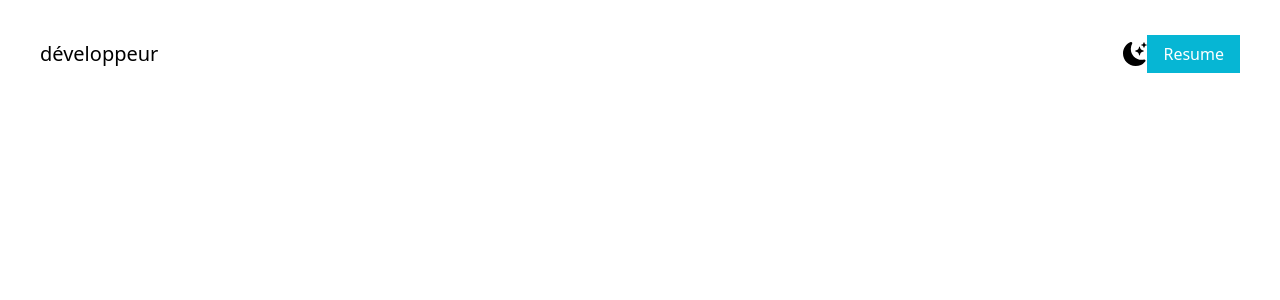
Repository: Jean-MarcG/portfoli_next
Page: /
These files come from the project's save history. The page is drawn as it stood at one moment and after the next save; the edit follows.
The browser window is 1280 px wide. The pictures show the whole page.
The project was rebuilt for these pictures with package versions that can differ from the ones it lists, and the page was loaded fresh each time. The framework's server and built-in components were replaced by stand-ins that run in the browser. Also part of the build but not shown: next.config.js.

Above is the page before, as saved 2023-04-01 17:15:09.

After the next save:
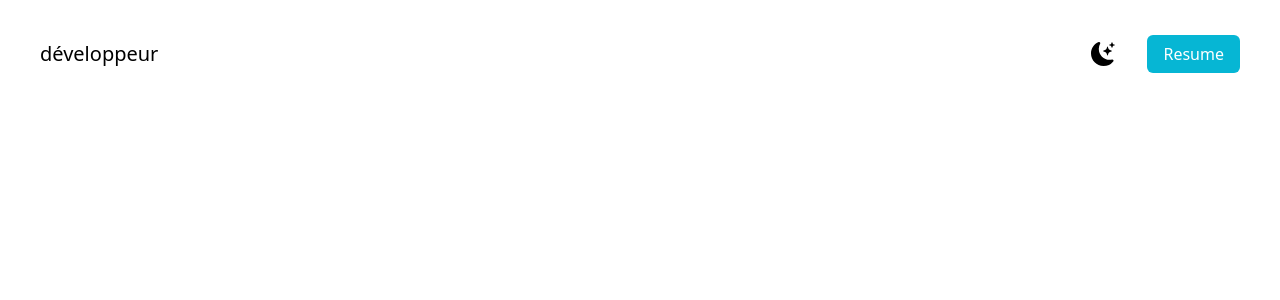
Saved 15 s later.
--- a/pages/index.js
+++ b/pages/index.js
@@ -19,7 +19,7 @@
                 <BsFillMoonStarsFill className='cursor-pointer text-2xl'/>
               </li>
               <li>
-                <a className='bg-cyan-500 text-white px-4 py-2 border-none' href='#'>Resume</a>
+                <a className='bg-cyan-500 text-white px-4 py-2 rounded-md ml-8' href='#'>Resume</a>
               </li>
             </ul>
         </nav>
